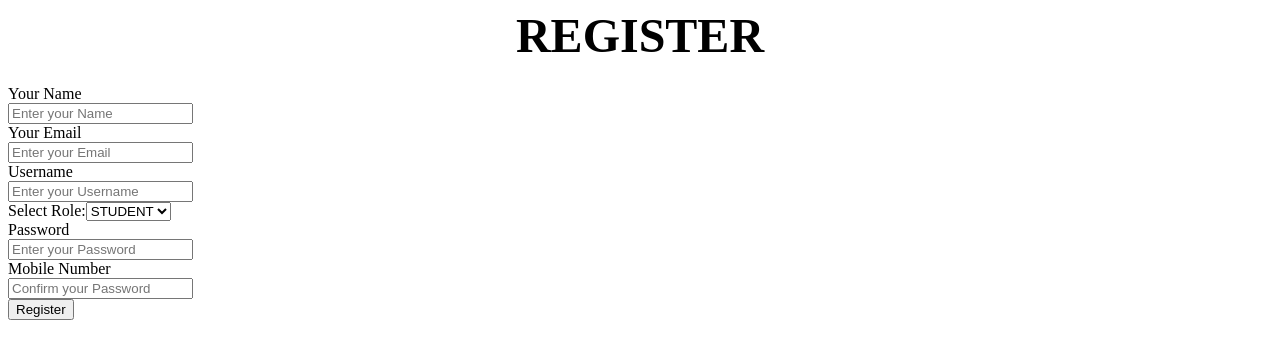
Repository: aneishkumar/AngularJS-Application
Page: Angularjs-Application-march30th/project2/WebContent/register.html
These files come from the project's save history. The page is drawn as it stood at one moment and after the next save; the edit follows.
The browser window is 1280 px wide. The pictures show the whole page.

Above is the page before, as saved 2018-03-29 10:03:11.

### Angularjs-Application-march30th/project2/WebContent/register.html
<div class="container">
			<div class="row main">
				<div class="main-login main-center">
				<h5><center><B><FONT SIZE="8">REGISTER</FONT></B></center></h5>
					<form >

						<div class="form-group">
							<label for="name" class="cols-sm-2 control-label">Your Name</label>
							<div class="cols-sm-10">
								<div class="input-group">
									<span class="input-group-addon"><i class="fa fa-user fa" aria-hidden="true"></i></span>
									<input type="text" class="form-control" name="name" ng-model="user.name"  placeholder="Enter your Name"/>
								</div>
							</div>
						</div>

						<div class="form-group">
							<label for="email" class="cols-sm-2 control-label">Your Email</label>
							<div class="cols-sm-10">
								<div class="input-group">
									<span class="input-group-addon"><i class="fa fa-envelope fa" aria-hidden="true"></i></span>
									<input type="text" class="form-control" name="email" ng-model="user.emailid"  placeholder="Enter your Email"/>
								</div>
							</div>
						</div>

						<div class="form-group">
							<label for="username" class="cols-sm-2 control-label">Username</label>
							<div class="cols-sm-10">
								<div class="input-group">
									<span class="input-group-addon"><i class="fa fa-users fa" aria-hidden="true"></i></span>
									<input type="text" class="form-control" name="username" ng-model="user.username"  placeholder="Enter your Username"/>
								</div>
							</div>
						</div>
						 <div class="form-group">
						<label for="username" class="cols-sm-2 control-label">Select Role:</label><select ng-model=user.role>
						<option value="STUDENT">STUDENT
						<option value="ALUMINI">ALUMINI
						</select>
						</div>

						<div class="form-group">
							<label for="password" class="cols-sm-2 control-label">Password</label>
							<div class="cols-sm-10">
								<div class="input-group">
									<span class="input-group-addon"><i class="fa fa-lock fa-lg" aria-hidden="true"></i></span>
									<input type="password" class="form-control" name="password" ng-model="user.password"  placeholder="Enter your Password"/>
								</div>
							</div>
						</div>

						<div class="form-group">
							<label for="confirm" class="cols-sm-2 control-label">Mobile Number</label>
							<div class="cols-sm-10">
								<div class="input-group">
									<span class="input-group-addon"><i class="fa fa-lock fa-lg" aria-hidden="true"></i></span>
									<input type="password" class="form-control" name="confirm" ng-model="user.mobilenumber"  placeholder="Confirm your Password"/>
								</div>
							</div>
						</div>

						<div class="form-group ">
							<input type="submit" ng-click="adduser(user)" type="button" value="Register">
						</div>

					</form>
				</div>
			</div>
		</div>

After the next save:
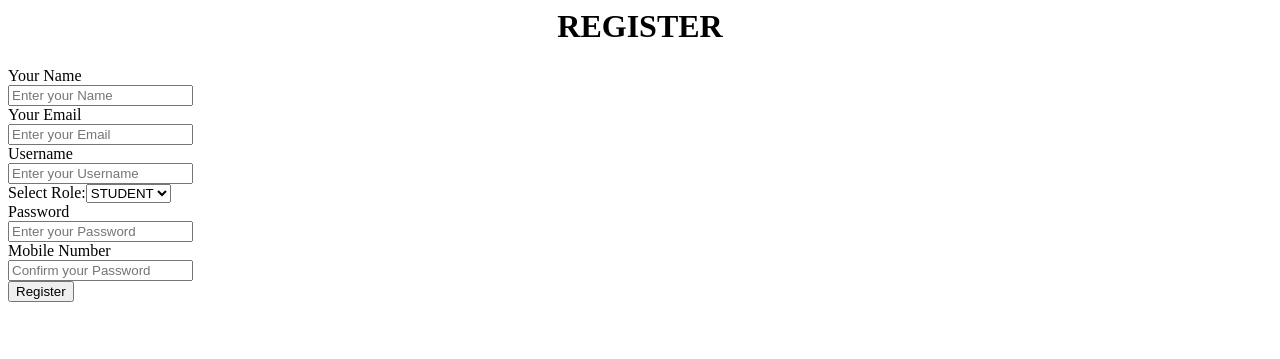
Saved 10 s later.
--- a/Angularjs-Application-march30th/project2/WebContent/register.html
+++ b/Angularjs-Application-march30th/project2/WebContent/register.html
@@ -1,7 +1,7 @@
 <div class="container">
 			<div class="row main">
 				<div class="main-login main-center">
-				<h5><center><B><FONT SIZE="8">REGISTER</FONT></B></center></h5>
+				<h5><center><B><FONT SIZE="6">REGISTER</FONT></B></center></h5>
 					<form >
 
 						<div class="form-group">
